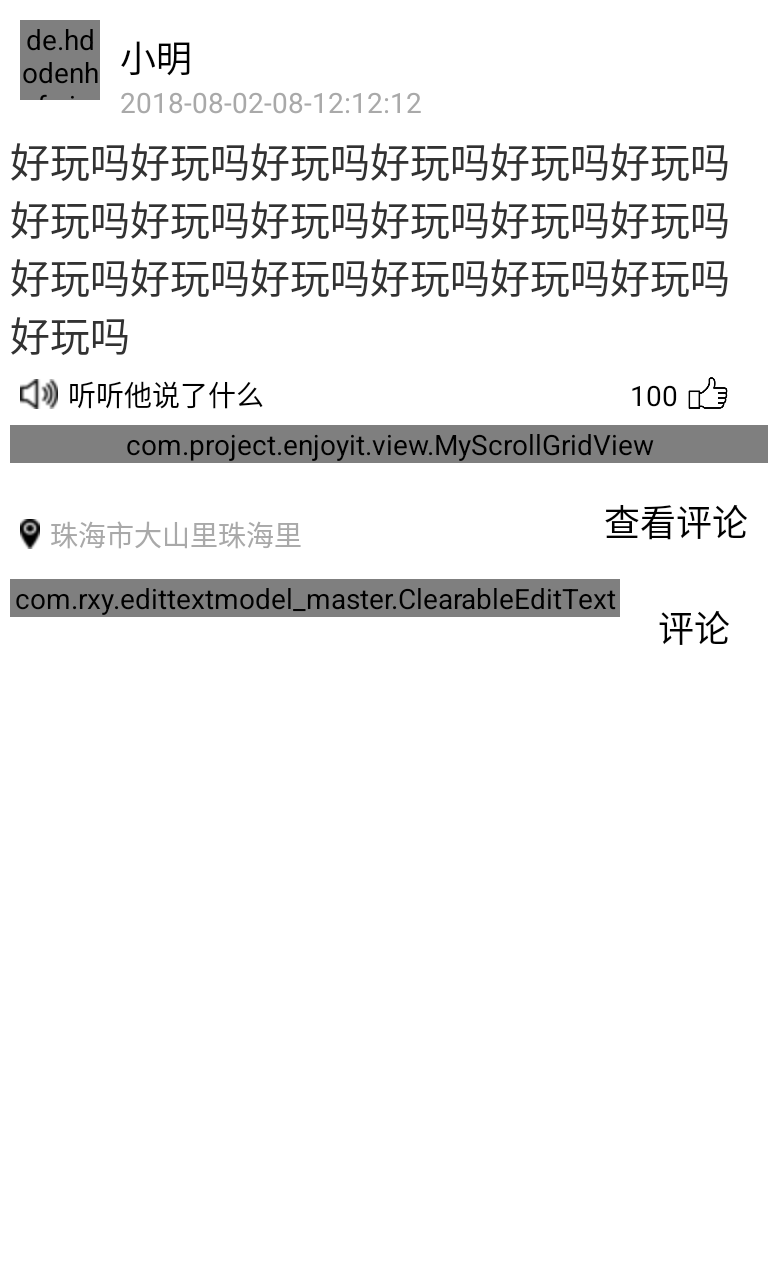
Repository: fatio/Nower
Layout: Android_Client_Source/EnjoyIt/res/layout/shows_list_item.xml
An editor plug-in stored every save of this project. The layout is shown before and after the next save, followed by the edit.
Pictures or frames that could not be fetched are drawn as grey boxes. It is drawn on a 768 x 1280 px phone screen (xhdpi) without system bars, with theme AppTheme; the app's code is not run.

Above is the layout before, as saved 2015-12-27 07:07:27.

### Android_Client_Source/EnjoyIt/res/layout/shows_list_item.xml
<?xml version="1.0" encoding="utf-8"?>
<LinearLayout xmlns:android="http://schemas.android.com/apk/res/android"
    xmlns:tools="http://schemas.android.com/tools"
    xmlns:app="http://schemas.android.com/apk/res-auto"
    android:layout_width="match_parent"
    android:layout_height="match_parent"
    android:orientation="vertical" >

    <LinearLayout
        android:layout_width="match_parent"
        android:layout_height="wrap_content"
        android:orientation="horizontal" >

        <de.hdodenhof.circleimageview.CircleImageView
            android:id="@+id/civ_head_pic"
            android:layout_width="40dp"
            android:layout_height="40dp"
            android:layout_marginLeft="10dp"
            android:layout_marginTop="10dp"
            android:src="@drawable/head_cat"
            app:border_color="#FFEEEEEE"
            app:border_width="2dp" />

        <LinearLayout
            android:layout_width="wrap_content"
            android:layout_height="wrap_content"
            android:layout_marginLeft="10dp"
            android:layout_marginTop="15dp"
            android:orientation="vertical" >

            <TextView
                android:id="@+id/tv_username"
                android:layout_width="wrap_content"
                android:layout_height="wrap_content"
                android:text="小明"
                android:textColor="@drawable/white_show"
                android:textSize="18sp" />

            <TextView
                android:id="@+id/tv_time"
                android:layout_width="wrap_content"
                android:layout_height="wrap_content"
                android:text="2018-08-02-08-12:12:12"
                android:textColor="#a9a9a9" />
        </LinearLayout>
    </LinearLayout>

    <LinearLayout
        android:layout_width="match_parent"
        android:layout_height="wrap_content"
        android:layout_marginLeft="5dp"
        android:layout_marginRight="5dp"
        android:layout_marginTop="5dp"
        android:orientation="vertical" >

        <TextView
            android:id="@+id/tv_content"
            android:layout_width="match_parent"
            android:layout_height="wrap_content"
            android:autoLink="all"
            android:gravity="center|left"
            android:text="好玩吗好玩吗好玩吗好玩吗好玩吗好玩吗好玩吗好玩吗好玩吗好玩吗好玩吗好玩吗好玩吗好玩吗好玩吗好玩吗好玩吗好玩吗好玩吗"
            android:textSize="20sp" />
    </LinearLayout>

    <LinearLayout
        android:layout_width="match_parent"
        android:layout_height="wrap_content"
        android:layout_marginTop="5dp"
        android:orientation="horizontal" >

        <TextView
            android:id="@+id/tv_sound"
            android:layout_width="0dp"
            android:layout_height="wrap_content"
            android:layout_marginLeft="10dp"
            android:layout_weight="1"
            android:drawableLeft="@drawable/ic_sound"
            android:drawablePadding="5dp"
            android:singleLine="true"
            android:text="听听他说了什么"
            android:textColor="@drawable/white_show" />

        <TextView
            android:id="@+id/tv_likes_num"
            android:layout_width="wrap_content"
            android:layout_height="wrap_content"
            android:gravity="center"
            android:text="100"
            android:textColor="@drawable/white_show" />

        <ImageView
            android:id="@+id/iv_like"
            android:layout_width="20dp"
            android:layout_height="20dp"
            android:layout_marginLeft="5dp"
            android:layout_marginRight="20dp"
            android:src="@drawable/ic_like" />
    </LinearLayout>

   <com.project.enjoyit.view.MyScrollGridView
        android:id="@+id/gv_images"
        android:layout_width="fill_parent"
        android:layout_height="wrap_content"
        android:layout_marginLeft="5dp"
        android:layout_marginTop="5dp"
        android:horizontalSpacing="3dp"
        android:numColumns="4"
        android:scrollbars="none"
        android:verticalSpacing="5dp" />


    <LinearLayout
        android:layout_width="match_parent"
        android:layout_height="wrap_content"
        android:layout_marginTop="5dp"
        android:orientation="horizontal" >

        <TextView
            android:id="@+id/tv_address"
            android:layout_width="0dp"
            android:layout_height="20dp"
            android:layout_marginLeft="10dp"
            android:layout_marginTop="5dp"
            android:layout_weight="1"
            android:drawableLeft="@drawable/ic_address"
            android:drawablePadding="5dp"
            android:ellipsize="marquee"
            android:singleLine="true"
            android:text="珠海市大山里珠海里"
            android:textColor="#a9a9a9"
            android:textIsSelectable="true" />

        <Button
            android:id="@+id/bt_show_comments"
            android:layout_width="wrap_content"
            android:layout_height="wrap_content"
            android:layout_marginRight="10dp"
            android:background="@null"
            android:text="查看评论"
            android:textColor="@drawable/white_show" />
    </LinearLayout>

    <LinearLayout
        android:id="@+id/ll_comments_container"
        android:layout_width="match_parent"
        android:layout_height="wrap_content"
        android:orientation="vertical"
        android:visibility="gone">

       <com.project.enjoyit.view.MyScrollListView
            android:id="@+id/lv_comments"
            android:layout_width="match_parent"
            android:layout_height="wrap_content"
            android:visibility="gone" />
       <Button
            android:id="@+id/bt_hide_comments"
            android:layout_width="wrap_content"
            android:layout_height="wrap_content"
            android:layout_marginRight="10dp"
            android:background="@null"
            android:text="隐藏评论"
            android:layout_gravity="right"
            android:textColor="@drawable/white_show" />

    </LinearLayout>

    <LinearLayout
        android:layout_width="match_parent"
        android:layout_height="wrap_content"
        android:layout_marginLeft="5dp"
        android:layout_marginRight="5dp"
        android:layout_marginTop="5dp"
        android:orientation="horizontal" >

        <com.rxy.edittextmodel_master.ClearableEditText
            android:id="@+id/cet_comment_text"
            android:layout_width="0dp"
            android:layout_height="wrap_content"
            android:layout_weight="1"
            android:hint="我也说一句" />

        <Button
            android:id="@+id/bt_comment"
            android:layout_width="wrap_content"
            android:layout_height="wrap_content"
            android:layout_marginLeft="5dp"
            android:background="@null"
            android:text="评论"
            android:textColor="@drawable/white_show" />
    </LinearLayout>

</LinearLayout>

### Android_Client_Source/EnjoyIt/res/values/styles.xml
<resources>
    <style name="like_toast_dialog_style">
        <item name="android:windowFrame">@null</item>
        <item name="android:windowIsFloating">true</item>
        <item name="android:windowIsTranslucent">true</item>
        <item name="android:windowNoTitle">true</item>
        <item name="android:backgroundDimEnabled">false</item>
        <item name="android:windowContentOverlay">@null</item>
        <item name="android:windowBackground">@drawable/round_background</item>
    </style>
    <style name="AnimBottom" parent="@android:style/Animation">
        <item name="android:windowEnterAnimation">@anim/push_bottom_in</item>
        <item name="android:windowExitAnimation">@anim/push_bottom_out</item>
    </style>

    <style name="PopupAnimation3" parent="android:Animation">
        <item name="android:windowEnterAnimation">@anim/push_bottom_in</item>
        <item name="android:windowExitAnimation">@anim/push_bottom_out</item>
    </style>

    <style name="PopupAnimation" mce_bogus="1" parent="android:Animation">
        <item name="android:windowEnterAnimation">@anim/activity_translate_in</item>
        <item name="android:windowExitAnimation">@anim/activity_translate_out</item>
    </style>

    <style name="PopupAnimation1" mce_bogus="1" parent="android:Animation">
        <item name="android:windowEnterAnimation">@anim/popup_enter</item>
        <item name="android:windowExitAnimation">@anim/popup_exit</item>
    </style>
    <!--
        Base application theme, dependent on API level. This theme is replaced
        by AppBaseTheme from res/values-vXX/styles.xml on newer devices.

    -->
    <style name="AppBaseTheme" parent="android:Theme.Light">
        <!--
            Theme customizations available in newer API levels can go in
            res/values-vXX/styles.xml, while customizations related to
            backward-compatibility can go here.

        -->
    </style>

    <!-- Application theme. -->
    <style name="AppTheme" parent="AppBaseTheme">
        <!-- All customizations that are NOT specific to a particular API-level can go here. -->
    </style>

</resources>

### Android_Client_Source/EnjoyIt/res/drawable/white_show.xml
<?xml version="1.0" encoding="utf-8"?>
<selector xmlns:android="http://schemas.android.com/apk/res/android">

    <item android:state_pressed="true" android:color="#ffffff"/>
    <item android:state_focused="true" android:color="#ffffff"/>
    <item android:color="#000000"/>

</selector>

Loaded but not shown: Android_Client_Source/EnjoyIt/res/values-v11/styles.xml (common file); Android_Client_Source/EnjoyIt/res/values-v14/styles.xml (common file)

After the next save:
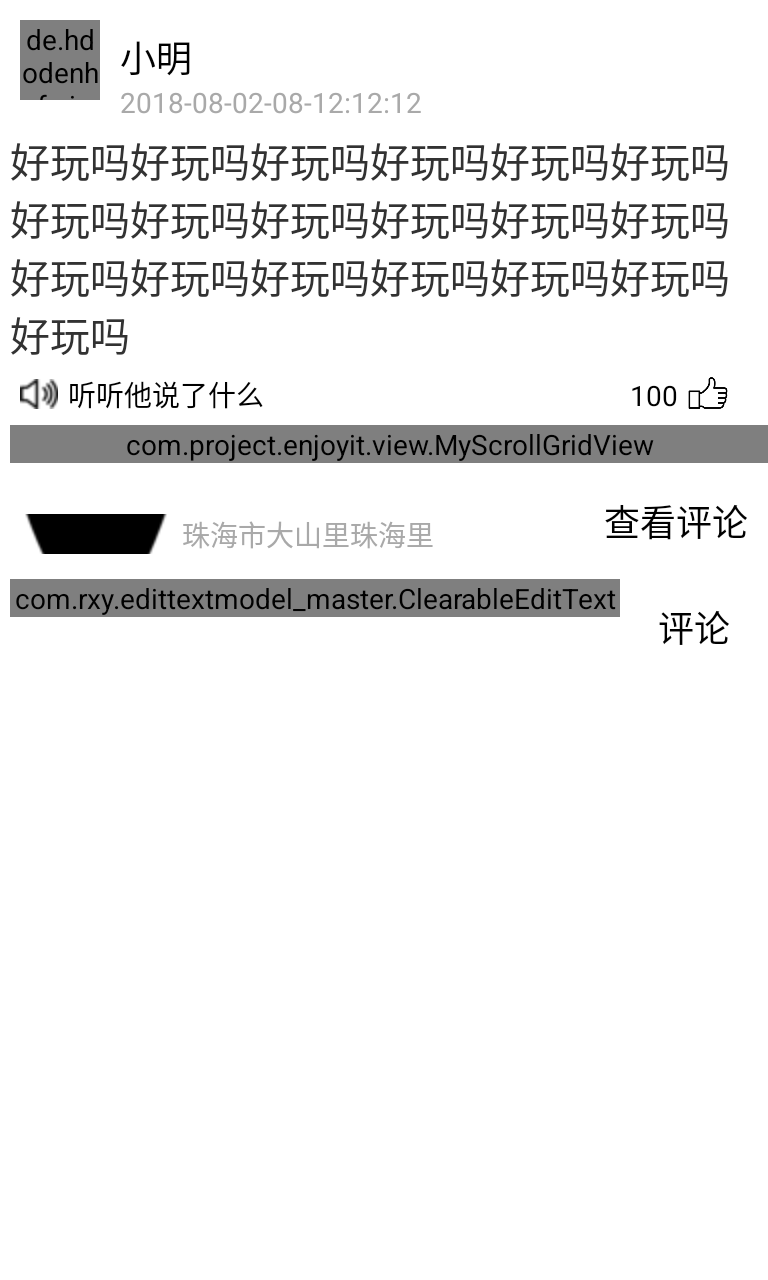
Saved 16 s later.
--- a/Android_Client_Source/EnjoyIt/res/layout/shows_list_item.xml
+++ b/Android_Client_Source/EnjoyIt/res/layout/shows_list_item.xml
@@ -123,7 +123,7 @@
             android:layout_marginLeft="10dp"
             android:layout_marginTop="5dp"
             android:layout_weight="1"
-            android:drawableLeft="@drawable/ic_address"
+            android:drawableLeft="@drawable/ic_address_black"
             android:drawablePadding="5dp"
             android:ellipsize="marquee"
             android:singleLine="true"

After the save that followed:
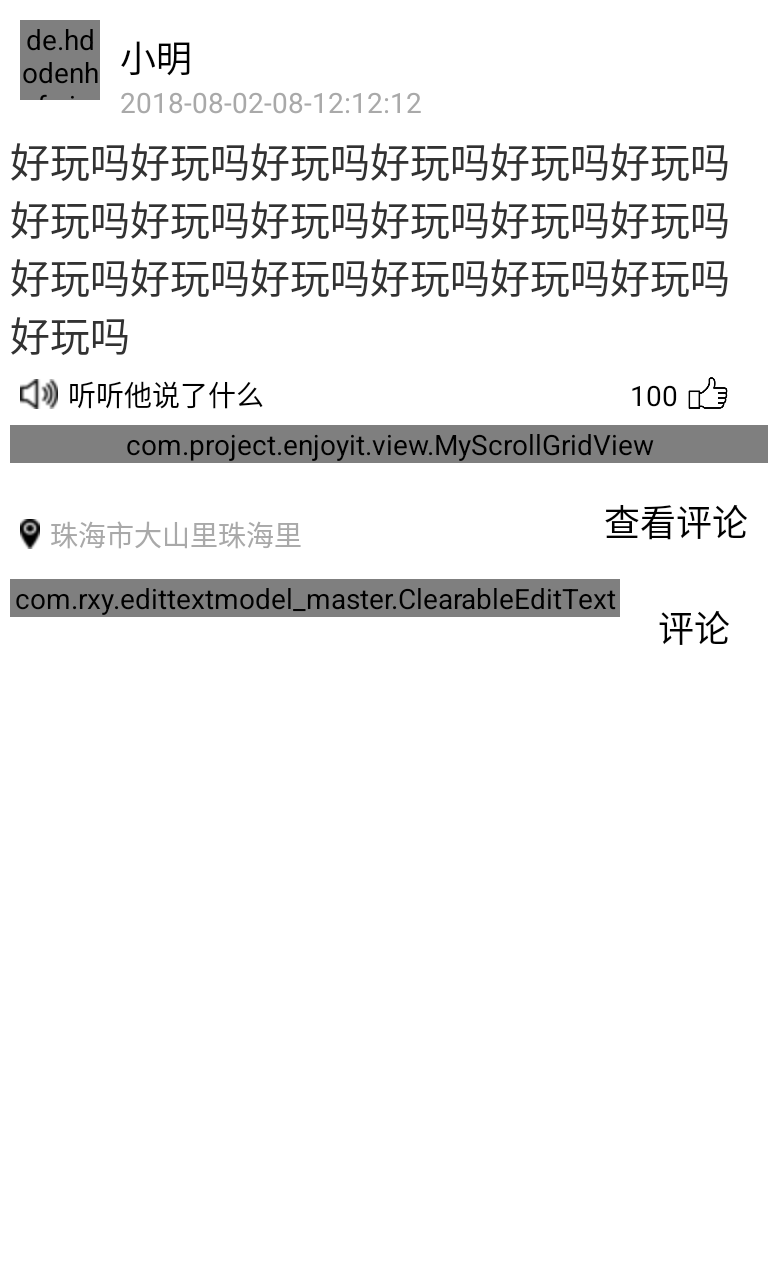
Saved 91 s later.
--- a/Android_Client_Source/EnjoyIt/res/layout/shows_list_item.xml
+++ b/Android_Client_Source/EnjoyIt/res/layout/shows_list_item.xml
@@ -123,7 +123,7 @@
             android:layout_marginLeft="10dp"
             android:layout_marginTop="5dp"
             android:layout_weight="1"
-            android:drawableLeft="@drawable/ic_address_black"
+            android:drawableLeft="@drawable/ic_address"
             android:drawablePadding="5dp"
             android:ellipsize="marquee"
             android:singleLine="true"
